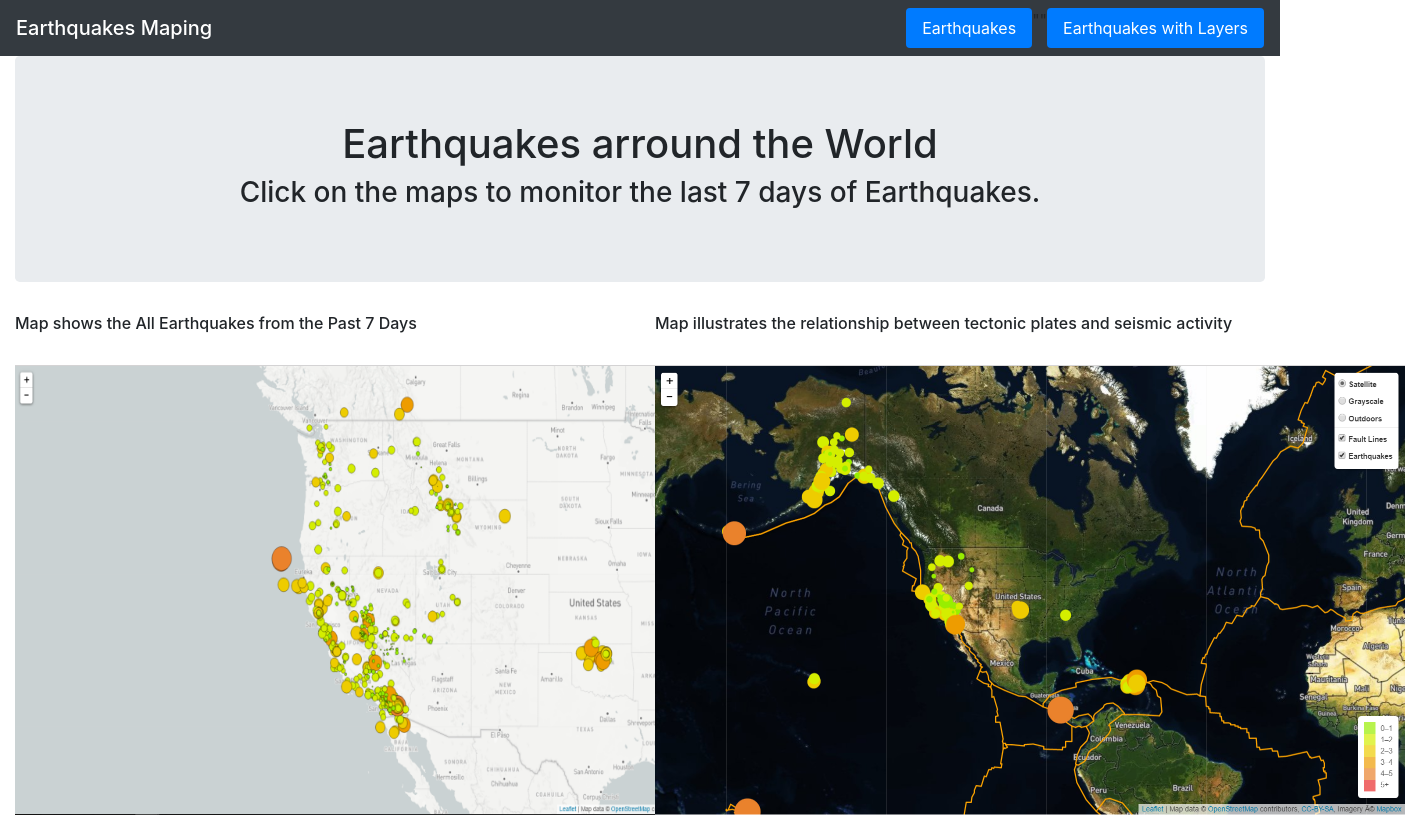
Repository: ermiasgelaye/leaflet-challenge
Page: index.html
These files come from the project's save history. The page is drawn as it stood at one moment and after a run of saves; the edit follows.
The browser window is 1280 px wide. The page is 1405 px wide, so the pictures cover 1405 px, including what lies to the right of the window. The pictures show the whole page.

Above is the page before, as saved 2020-09-18 22:39:12.

### index.html
<!DOCTYPE html>
<html lang="en">

<head>
    <meta charset="UTF-8" />
    <meta name="viewport" content="width=device-width, initial-scale=1.0" />
    <meta http-equiv="X-UA-Compatible" content="ie=edge" />
    <title>Earthquakes Challenge</title>
    <link rel="stylesheet" href="https://stackpath.bootstrapcdn.com/bootstrap/4.3.1/css/bootstrap.min.css" integrity="sha384-ggOyR0iXCbMQv3Xipma34MD+dH/1fQ784/j6cY/iJTQUOhcWr7x9JvoRxT2MZw1T" crossorigin="anonymous" />

    <!-- jQuery library -->
    <script src="https://ajax.googleapis.com/ajax/libs/jquery/3.4.1/jquery.min.js"></script>
    <link rel="stylesheet" type="text/css" href="static/css/style.css" />
    <!-- Latest compiled JavaScript -->
    <script src="https://maxcdn.bootstrapcdn.com/bootstrap/4.3.1/js/bootstrap.min.js"></script>
</head>

<body>
    <nav class="navbar navbar-dark bg-dark size_hide">
        <a href="index.html"><span class="navbar-brand mb-0 h1 back_color"
          >Earthquakes Maping</span
        ></a
      >

      <ul class="nav nav-pills">
        <li class="nav-item">
          <a class="nav-link active" href="Leaflet-Step-1/step-1.html"
            >Earthquakes</a>
        </li>
        <a>""</a>
        <li class="nav-item">
          <a class="nav-link active" href="Leaflet-Step-2/step-2.html"
            >Earthquakes with Layers</a
          >
        </li>
      </ul>
    </nav>
    <div  class="container-fluid">
      <div class="jumbotron text-center">

        <h1>Earthquakes arround the World</h1>
        <h3>
          Click on the maps to monitor the last 7 days of Earthquakes.
        </h3>
      </div>
      <div class="row">
        <div class="col-lg-6">
          <h6>Map shows the All Earthquakes from the Past 7 Days</h6>
          <br />
          <a href="Leaflet-Step-1/step-1.html"
            ><img
              src="images/2-BasicMap.png"
              alt="Mapping without Layers"
              width="750"
              height="450"
          /></a>
        </div>
        <div class="col-lg-6">
            <h6>
                Map illustrates the relationship between tectonic plates and seismic activity
            </h6>
            <br />
            <a href="Leaflet-Step-2/step-2.html">
                <img src="images/5-Advanced.png" alt="Mapping with Layers" width="750" height="450" /></a>
        </div>
        </div>
        </div>
</body>

</html>

Loaded but not shown: static/css/style.css (common file)

After the next 3 saves:
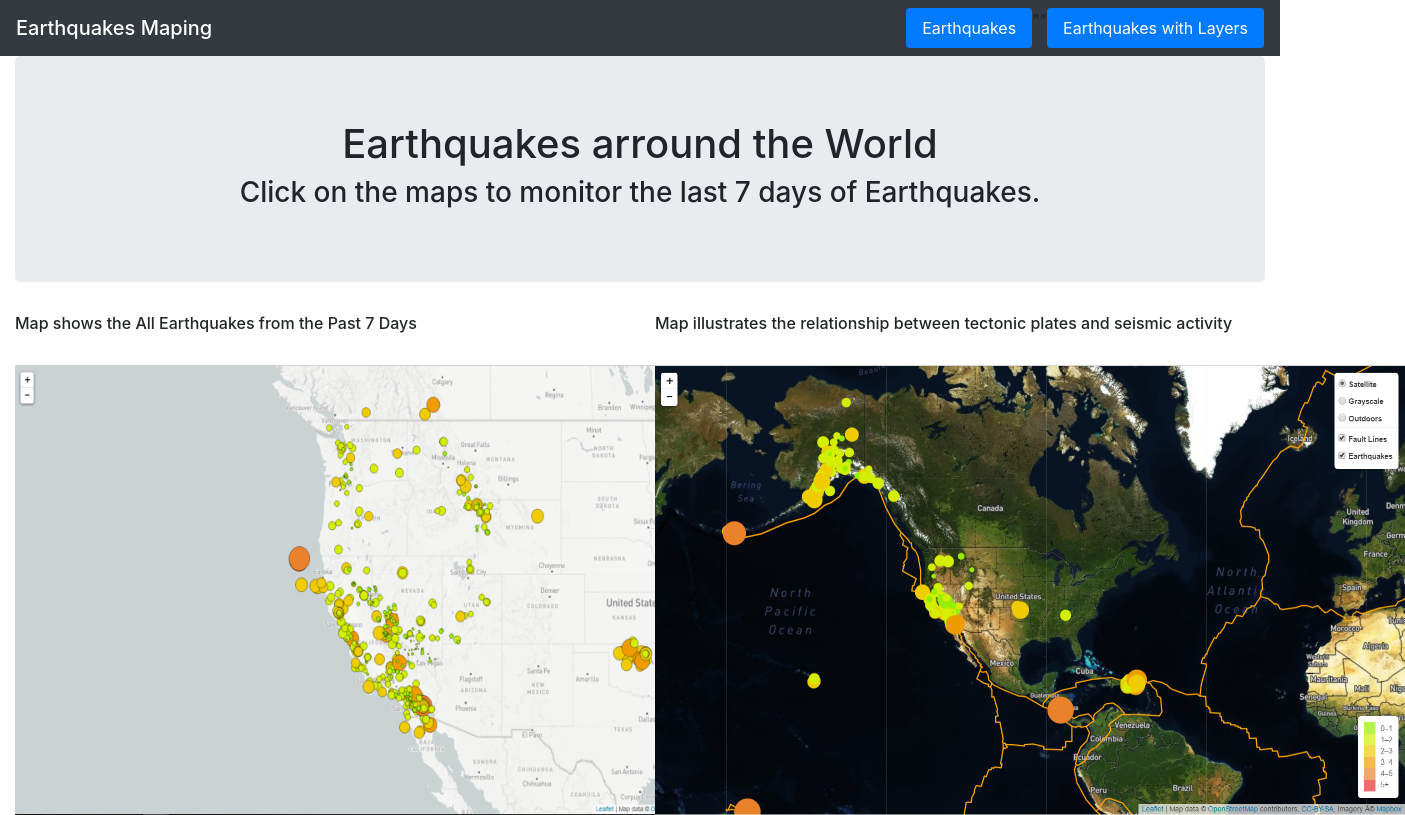
The 3 saves are shown as one change because they came seconds apart.
The last was saved 9 s later.
--- a/index.html
+++ b/index.html
@@ -51,7 +51,7 @@
             ><img
               src="images/2-BasicMap.png"
               alt="Mapping without Layers"
-              width="750"
+              width="800"
               height="450"
           /></a>
         </div>
